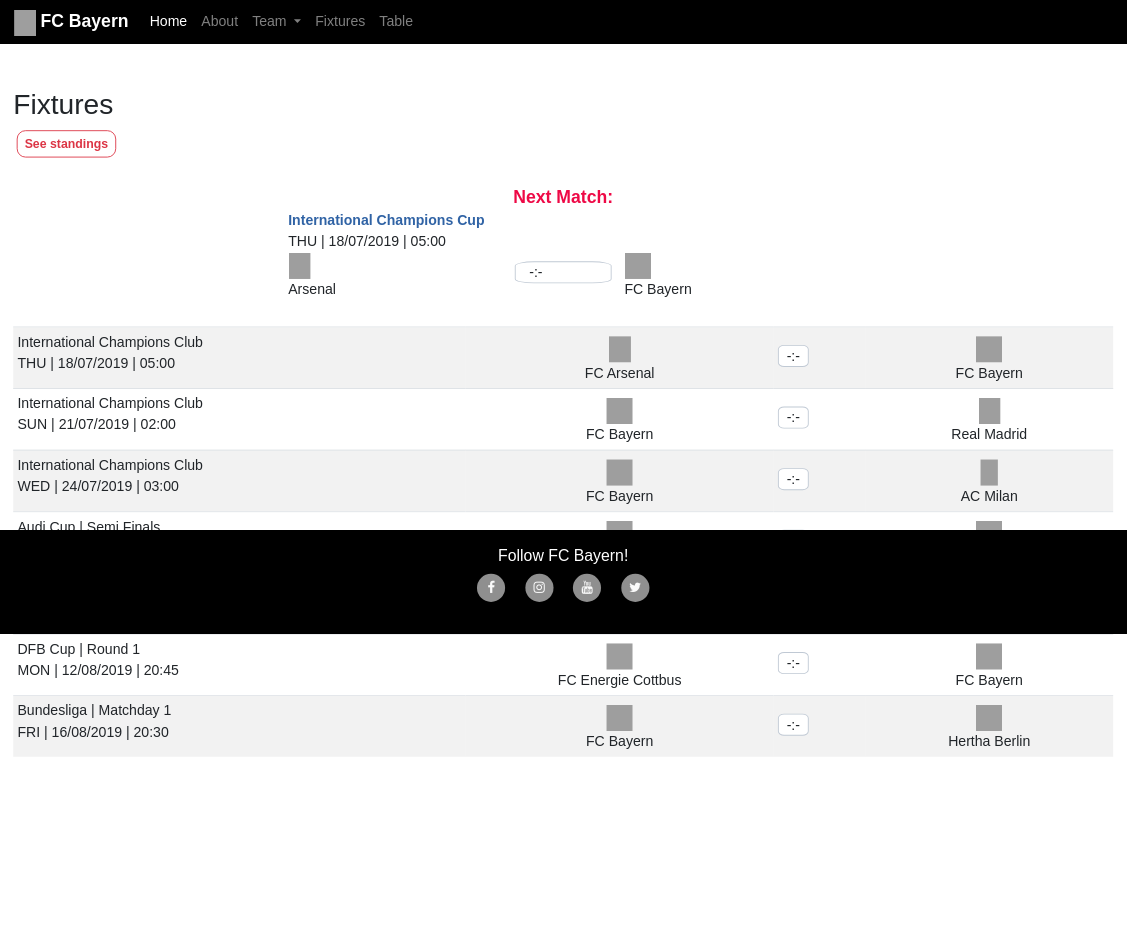
Repository: Code-Institute-Submissions/alnibo-milestone-project-1
Page: fixtures.html
The author's editor kept a record of every edit. The page is drawn from the files as they stood at one moment, then again after the next edit.
The browser window is 1280 px wide. The page is 1295 px wide, so the pictures cover 1295 px, including what lies to the right of the window. The pictures show the whole page, at 88% of full size.
Pictures or frames that could not be fetched are drawn as grey boxes. Some web fonts or font styles are not loaded; a fallback is used.

Above is the page before.

After the next edit:
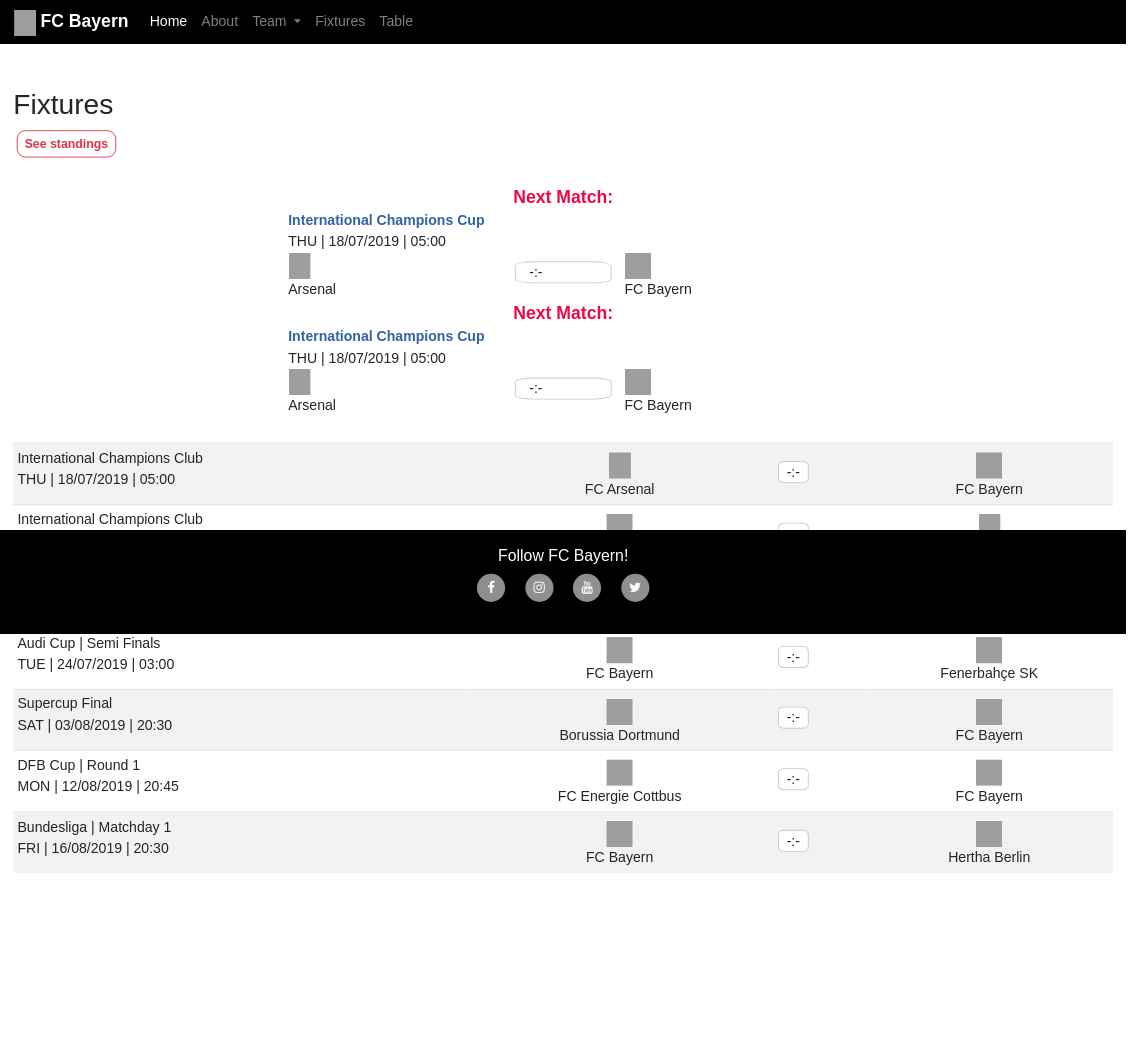
The edit:
--- a/fixtures.html
+++ b/fixtures.html
@@ -90,6 +90,36 @@
         </div>
     </div>
 
+<!---------------- box for desktop view --------------------------------------------------------------------------------------------------------------------------------------->
+
+
+    <div class="row">
+        <div class="container col-6 next-match-container">
+
+            <div class="row next-match-head">
+                <div class="col-12">Next Match:</div>
+            </div>
+            <div class="row tournament">
+                <div class="col-12">International Champions Cup</div>
+            </div>
+            <div class="row">
+                <div class="col-12">THU | 18/07/2019 | 05:00</div>
+            </div>
+
+            <div class="row">
+                    <div class="home-team team-container col-5">
+                        <img src="https://upload.wikimedia.org/wikipedia/de/thumb/3/32/FC_Arsenal_%28seit_2002%29.svg/1200px-FC_Arsenal_%28seit_2002%29.svg.png" width="25" height="30" class="d-inline-block" class="d-inline-block align-center"></br>
+                        <span>Arsenal</span>
+                    </div>
+                    <div class="next-match-score col-2"><span>-:-</span></div>
+                    <div class="away-team team-container col-5">
+                        <img src="https://upload.wikimedia.org/wikipedia/commons/thumb/1/1f/Logo_FC_Bayern_München_%282002–2017%29.svg/1024px-Logo_FC_Bayern_München_%282002–2017%29.svg.png" width="30" height="30" class="d-inline-block" class="d-inline-block align-center"></br>
+                        <span>FC Bayern</span>
+                    </div>
+            </div>
+        </div>
+    </div>
+
     <div class="container-fluid upcoming-fixtures">
         <div class="row bundesliga-table">
 

After the 3 edits that followed:
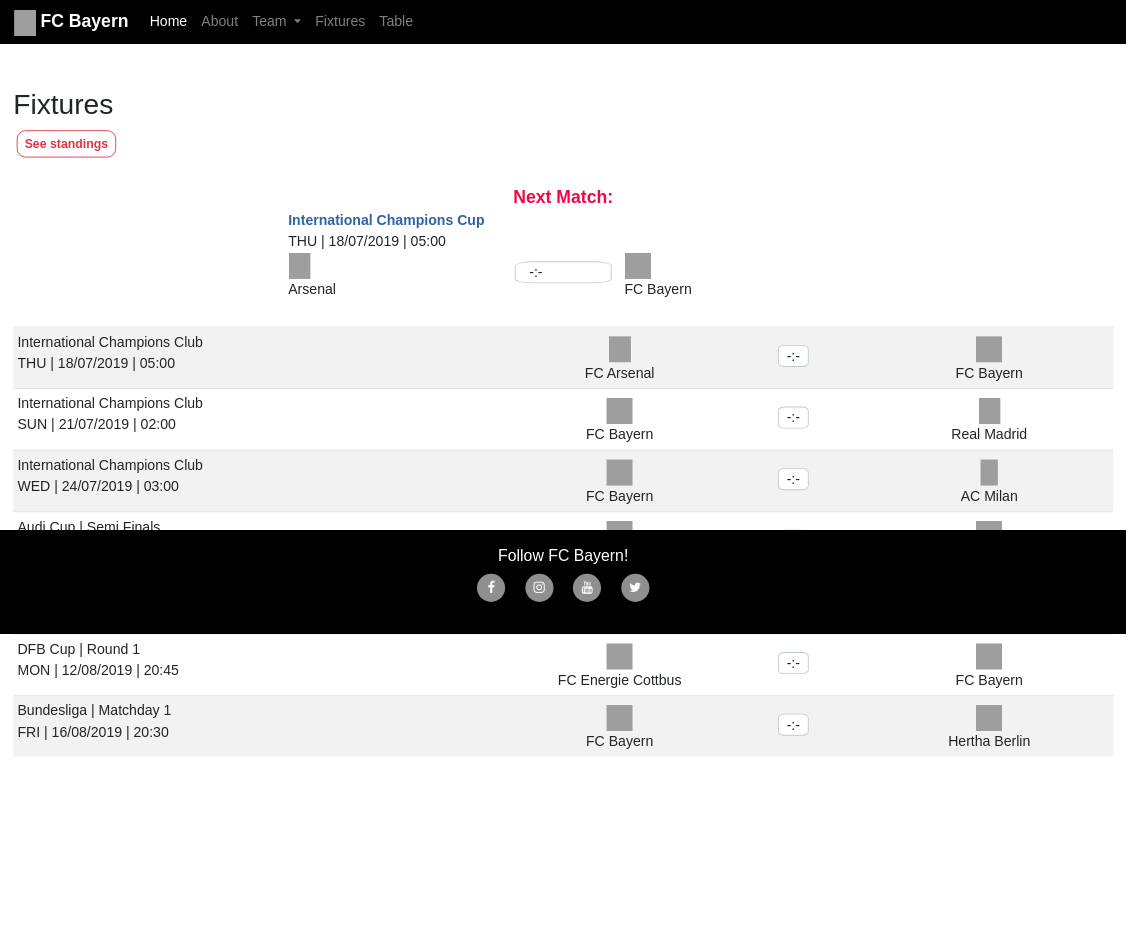
The 3 edits are shown as one change because 2 left the picture as it was.
The edit:
--- a/fixtures.html
+++ b/fixtures.html
@@ -63,7 +63,9 @@
         </div>
     </div>
 
-    <div class="row">
+<!---------------- next match for mobile view --------------------------------------------------------------------------------------------------------------------------------------->
+
+    <div class="row box-mobile">
         <div class="container col-6 next-match-container">
 
             <div class="row next-match-head">
@@ -92,8 +94,7 @@
 
 <!---------------- box for desktop view --------------------------------------------------------------------------------------------------------------------------------------->
 
-
-    <div class="row">
+    <div class="row box-desktop">
         <div class="container col-6 next-match-container">
 
             <div class="row next-match-head">
@@ -170,7 +171,7 @@
                 </tbody>
             </table>
 
-<!---------------- table for desktop --------------------------------------------------------------------------------------------------------------------------------------->
+<!---------------- table for desktop view --------------------------------------------------------------------------------------------------------------------------------------->
 
             <table class="table table-sm table-striped table-hover col-12 table-desktop">
                 <tbody>
